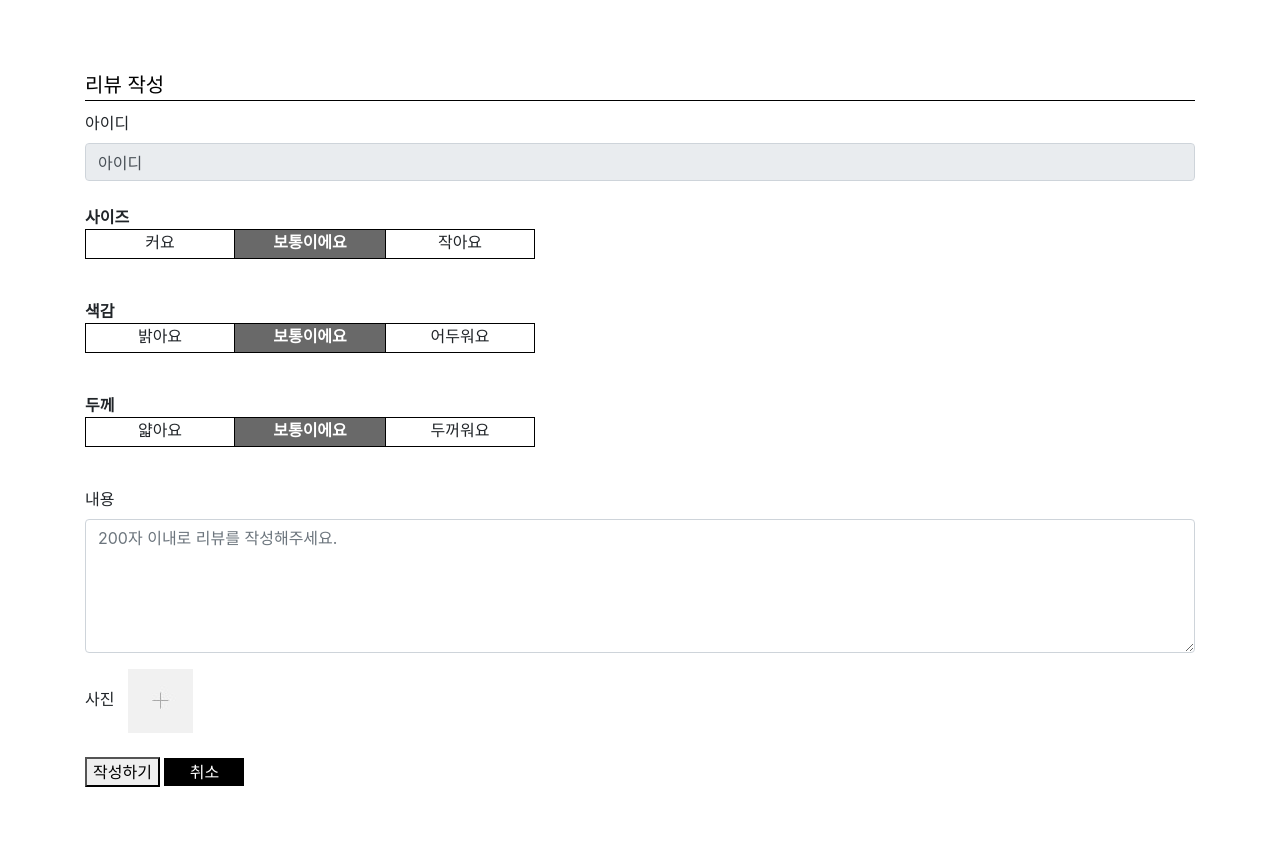
Repository: mcw9503/PassionForFashion
Page: Semi_Project/src/main/webapp/WEB-INF/createReview.html
An editor plug-in stored every save of this project. The page is shown before and after the next save, followed by the edit.
The browser window is 1280 px wide. The pictures show the whole page.
The pointer rests on the first visible `.button`.
Some web libraries are served in a nearby version.

Above is the page before, as saved 2023-05-08 12:54:09.

After the next save:
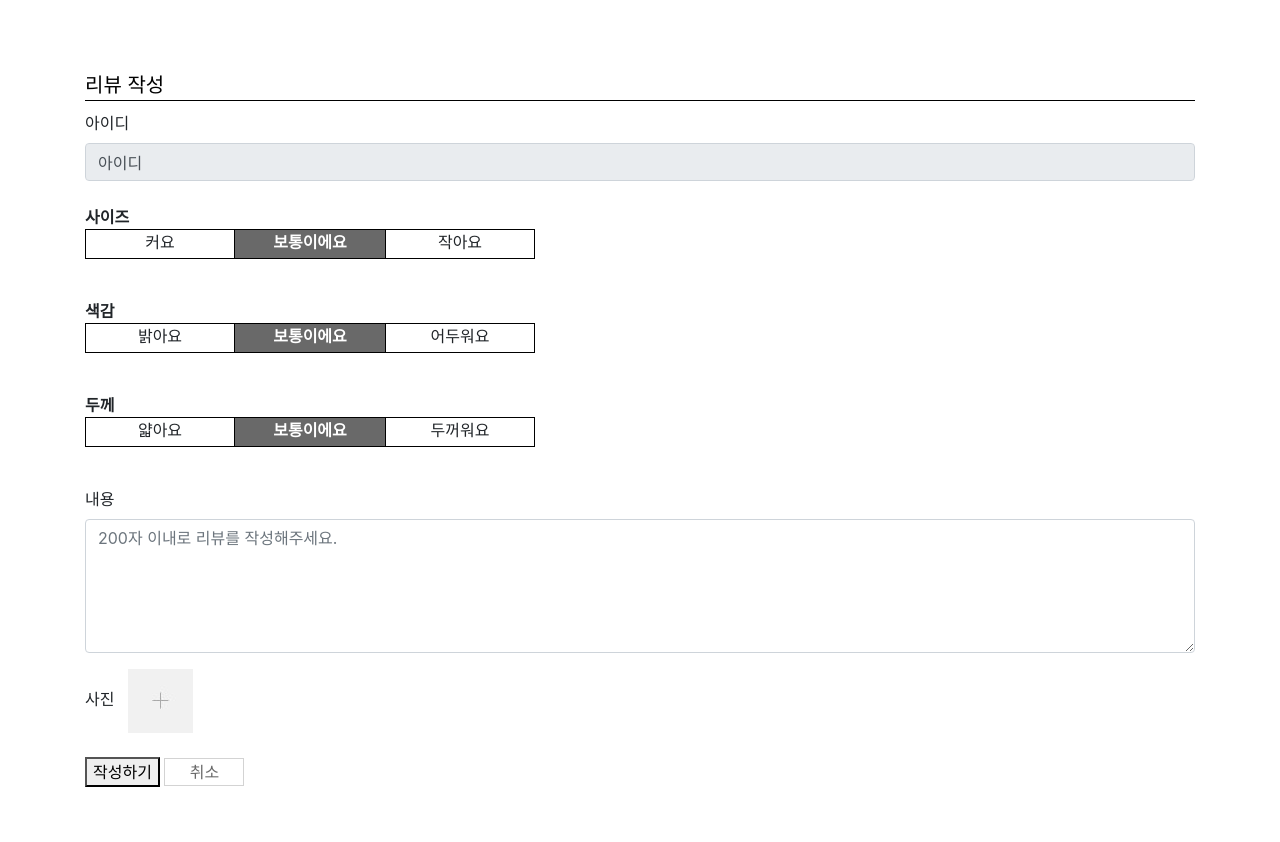
Saved 61 s later.
--- a/Semi_Project/src/main/webapp/WEB-INF/createReview.html
+++ b/Semi_Project/src/main/webapp/WEB-INF/createReview.html
@@ -33,13 +33,13 @@ body {
 
 }
 
-.button:hover{
+#submit:hover{
 	color: white;
 	background:black;
 	border: 0.5px solid black;
 }
 
-.button:active{
+#submit:active{
 	color: white;
 	background:black;
 	border: 0.5px solid black;
